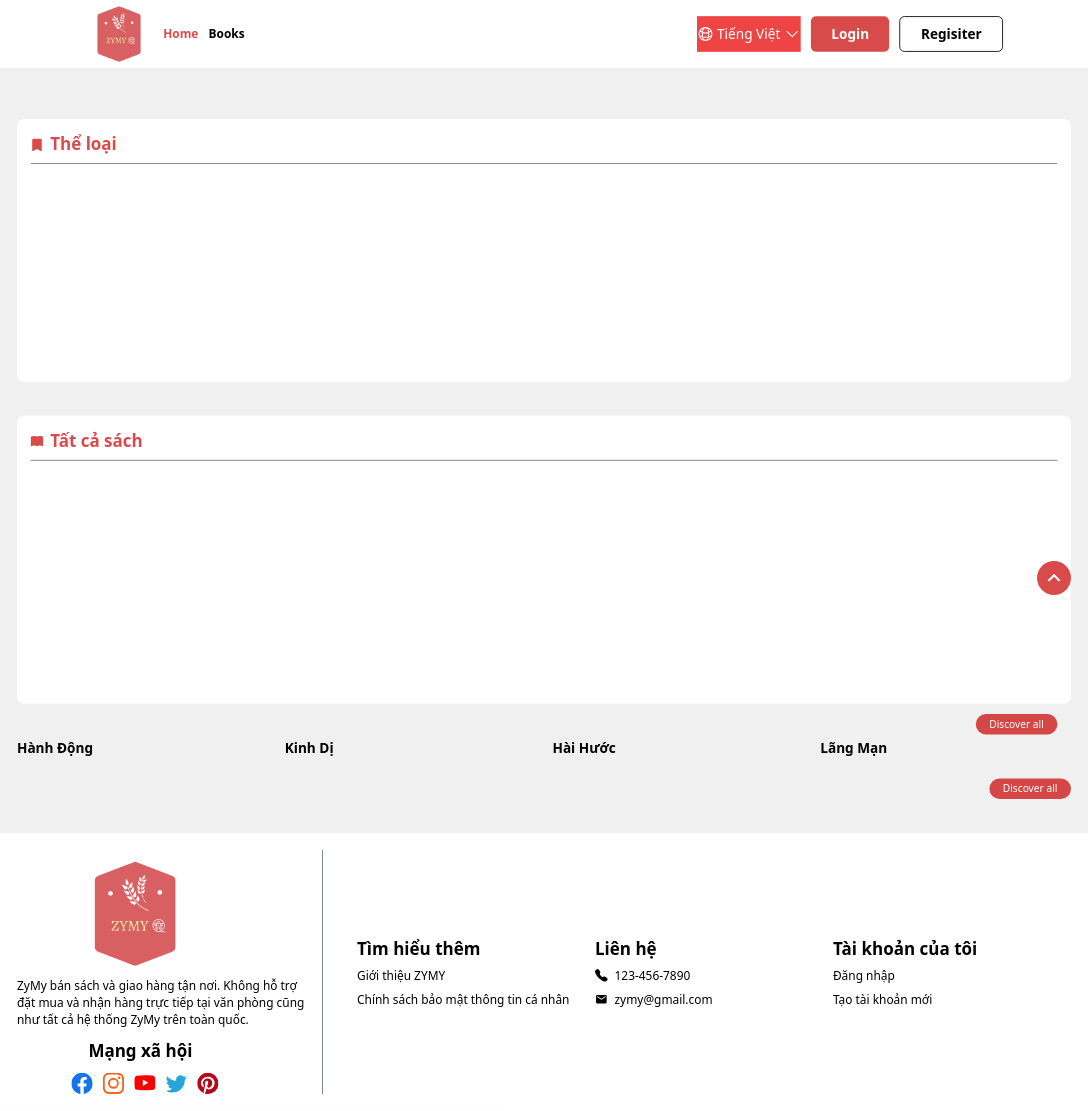
Repository: NguyenDinhThuyVy/website_selling_books
Page: / (app in FrontEnd/)
An editor plug-in stored every save of this project. The page is shown before and after the next save, followed by the edit.
The browser window is 1280 px wide. The pictures show the whole page, at 85% of full size.
The page's requests for data from a server got no answer. The project was rebuilt for these pictures with package versions that can differ from the ones it lists, and the page was loaded fresh each time. Some packages were replaced by stand-ins written for this rebuild. The framework's server and built-in components were replaced by stand-ins that run in the browser. No one was signed in, and anything a server would have sent is missing. Also part of the build but not shown: FrontEnd/next.config.js, FrontEnd/src/components/InforLogin/styles.scss, FrontEnd/src/components/InforLogin/index.jsx, FrontEnd/src/app/(default)/(public)/home/components/CategoryColumn/CategoryColumnContent/index.jsx, FrontEnd/src/styles/CategoryItem.scss, FrontEnd/src/app/(default)/(public)/home/components/CategoryItem/index.jsx, FrontEnd/src/app/(default)/(public)/home/components/BannerItem/index.jsx, FrontEnd/src/styles/BookItem.scss and 1 more.

Above is the page before, as saved 2023-12-29 15:15:01.

### FrontEnd/src/app/layout.jsx
'use client';

import classNames from 'classnames';
import { Inter, Montserrat } from 'next/font/google';
import Script from 'next/script';

import './globals.css';
import 'react-toastify/dist/ReactToastify.css';
import 'swiper/scss/scrollbar';
import 'swiper/scss/pagination';
import 'swiper/css/navigation';
import 'swiper/scss';
import '../../node_modules/nprogress/nprogress.css';
import 'sweetalert2/src/sweetalert2.scss';
import { ToastContainer } from 'react-toastify';
import { Provider } from 'react-redux';
import store from '@/redux/store';
import Backtop from '@/components/Backtop';

const inter = Inter({
  subsets: ['latin'],
  variable: '--font-inter',
});

const montserrat = Montserrat({
  subsets: ['latin'],
  variable: '--font-montserrat',
});

export default function RootLayout({ children }) {
  return (
    <html lang="en">
      <head>
        {/* <Script>
          {typeof window !== 'undefined' &&
            (function (w, d, s, l, i) {
              w[l] = w[l] || [];
              w[l].push({ 'gtm.start': new Date().getTime(), event: 'gtm.js' });
              var f = d.getElementsByTagName(s)[0],
                j = d.createElement(s),
                dl = l != 'dataLayer' ? '&l=' + l : '';
              j.async = true;
              j.src = 'https://www.googletagmanager.com/gtm.js?id=' + i + dl;
              f.parentNode.insertBefore(j, f);
            })(window, document, 'script', 'dataLayer', 'GTM-WV3P6XBH')}
        </Script> */}
        <Script
          async
          src="https://www.googletagmanager.com/gtag/js?id=G-Y35FP8XXTL"
        ></Script>
        <Script
          id="clarity_script"
          strategy="afterInteractive"
          dangerouslySetInnerHTML={{
            __html: `
              window.dataLayer = window.dataLayer || [];
              function gtag(){dataLayer.push(arguments);}
              gtag('js', new Date());
              gtag('config', 'G-Y35FP8XXTL');
            `,
          }}
        />
      </head>
      <body
        className={classNames(
          inter.variable,
          montserrat.variable,
          'flex flex-col min-h-screen'
        )}
      >
        <Provider store={store}>{children}</Provider>
        <ToastContainer autoClose={1000} />
        <Backtop />
      </body>
    </html>
  );
}

### FrontEnd/src/app/page.jsx
import React from 'react';

const HomePage = React.lazy(() => import('./(default)/(public)/home'));

export default HomePage;

### FrontEnd/src/app/globals.css
@tailwind base;
@tailwind components;
@tailwind utilities;

@layer base {
  body {
    background-color: #f0f0f0;
  }
  .wrapper-content {
    max-width: 1340px;
    margin: 0 auto;
    padding: 0 20px;
  }
  .book-list .swiper,
  .category-list .swiper,
  .list-comment .swiper {
    height: 100%;
  }
  .button-next,
  .button-prev {
    position: relative;
    z-index: 20;
  }
  .book-list .swiper .swiper-pagination {
    transform: translateY(12px);
    z-index: 20;
  }
}

### FrontEnd/src/redux/store.jsx
import { configureStore } from '@reduxjs/toolkit';
import rootReducer from './reducers/index';

const store = configureStore({
  reducer: rootReducer,
  // Các tùy chọn khác như middleware có thể được thêm ở đây
});

export default store;

### FrontEnd/src/components/Backtop/index.jsx
import Link from 'next/link';
import React from 'react';
import { MdOutlineKeyboardArrowUp } from 'react-icons/md';

const Backtop = () => {
  return (
    <span className="fixed bottom-5 right-5 rounded-full z-30 w-10 h-10 backtop bg-[#ce1515c4] flex items-center justify-center hover:bg-opacity-70 transition-all">
      <Link href="#" className="flex items-center justify-center w-full h-full">
        <MdOutlineKeyboardArrowUp size="30px" color="white" />
      </Link>
    </span>
  );
};

export default Backtop;

### FrontEnd/src/redux/reducers/index.jsx
import { combineReducers } from '@reduxjs/toolkit';
import menuReducer from './menuReducer';
import formAddReducer from './formAddReducer';
import globalReducer from './globalReducer';
import updateInforReducer from './updateInforReducer';

const rootReducer = combineReducers({
  menu: menuReducer,
  form: formAddReducer,
  darkMode: globalReducer,
  updateInfor: updateInforReducer,
  // Thêm các reducer khác ở đây
});

export default rootReducer;

### FrontEnd/src/components/Heading/index.jsx
const Heading = ({ children }) => {
  return (
    <div className="text-xl font-semibold text-[#ce1515c4]">{children}</div>
  );
};

export default Heading;

### FrontEnd/src/components/layout/Header/index.jsx
'use client';

import Link from 'next/link';
import routes from '@/constant/routes';
import Button from '@/components/Button';
import { usePathname } from 'next/navigation';
import { useEffect } from 'react';
import { useState } from 'react';
import Image from 'next/image';
import logo from '../../../assets/logo.png';
import InforLogin from '@/components/InforLogin';
import Popover from '@/components/Popover';

export default function Header() {
  const pathname = usePathname();
  const [auth, setAuth] = useState(null);
  useEffect(() => {
    const auth = sessionStorage.getItem('auth');
    if (auth) {
      setAuth(JSON.parse(auth));
    }
  }, []);
  return (
    <header className="flex items-center gap-x-3 px-[100px] bg-white">
      <div className="w-[80px] h-[80px]">
        <Link href={routes.HOME}>
          <Image src={logo} alt="" className="object-cover w-full h-full" />
        </Link>
      </div>
      <div className="flex items-center gap-x-3">
        <Link
          href={routes.HOME}
          className={
            pathname === routes.HOME
              ? 'text-[#ce1515c4] font-semibold text-sm'
              : 'text-sm font-semibold'
          }
        >
          Home
        </Link>
        <Link
          href={routes.ALLBOOK}
          className={
            pathname === routes.ALLBOOK
              ? 'text-[#ce1515c4] font-semibold text-sm'
              : 'text-sm font-semibold'
          }
        >
          Books
        </Link>
      </div>
      <div className="flex ml-auto gap-x-3">
        {auth ? (
          <>
            <Popover
              className="flex items-center py-1 hover:text-gray-300 cursor-pointer bg-red-300 z-40"
              renderPopover={
                <div className="bg-white relative shadow-md rounded-sm border border-gray-200 z-40">
                  <div className="flex flex-col py-2 pr-28 pl-3">
                    <button className="py-2 px-3 hover:text-orange">
                      Tiếng Việt
                    </button>
                    <button className="py-2 px-3 hover:text-orange mt-2">
                      English
                    </button>
                  </div>
                </div>
              }
            >
              {' '}
              <svg
                xmlns="http://www.w3.org/2000/svg"
                fill="none"
                viewBox="0 0 24 24"
                strokeWidth={1.5}
                stroke="currentColor"
                className="w-5 h-5"
              >
                <path
                  strokeLinecap="round"
                  strokeLinejoin="round"
                  d="M12 21a9.004 9.004 0 008.716-6.747M12 21a9.004 9.004 0 01-8.716-6.747M12 21c2.485 0 4.5-4.03 4.5-9S14.485 3 12 3m0 18c-2.485 0-4.5-4.03-4.5-9S9.515 3 12 3m0 0a8.997 8.997 0 017.843 4.582M12 3a8.997 8.997 0 00-7.843 4.582m15.686 0A11.953 11.953 0 0112 10.5c-2.998 0-5.74-1.1-7.843-2.918m15.686 0A8.959 8.959 0 0121 12c0 .778-.099 1.533-.284 2.253m0 0A17.919 17.919 0 0112 16.5c-3.162 0-6.133-.815-8.716-2.247m0 0A9.015 9.015 0 013 12c0-1.605.42-3.113 1.157-4.418"
                />
              </svg>
              <span className="mx-1">Tiếng Việt</span>
              <svg
                xmlns="http://www.w3.org/2000/svg"
                fill="none"
                viewBox="0 0 24 24"
                strokeWidth={1.5}
                stroke="currentColor"
                className="w-5 h-5"
              >
                <path
                  strokeLinecap="round"
                  strokeLinejoin="round"
                  d="M19.5 8.25l-7.5 7.5-7.5-7.5"
                />
              </svg>
            </Popover>
            <InforLogin />
          </>
        ) : (
          <>
            <Popover
              className="flex items-center py-1 hover:text-gray-300 cursor-pointer  z-40 bg-red-500 text-white font-medium "
              renderPopover={
                <div className="bg-red-300 relative shadow-md rounded-sm border border-gray-200 z-40">
                  <div className="flex flex-col py-2 pr-28 pl-3">
                    <button className="py-2 px-3 hover:text-orange">
                      Tiếng Việt
                    </button>
                    <button className="py-2 px-3 hover:text-orange mt-2">
                      English
                    </button>
                  </div>
                </div>
              }
            >
              {' '}
              <svg
                xmlns="http://www.w3.org/2000/svg"
                fill="none"
                viewBox="0 0 24 24"
                strokeWidth={1.5}
                stroke="currentColor"
                className="w-5 h-5"
              >
                <path
                  strokeLinecap="round"
                  strokeLinejoin="round"
                  d="M12 21a9.004 9.004 0 008.716-6.747M12 21a9.004 9.004 0 01-8.716-6.747M12 21c2.485 0 4.5-4.03 4.5-9S14.485 3 12 3m0 18c-2.485 0-4.5-4.03-4.5-9S9.515 3 12 3m0 0a8.997 8.997 0 017.843 4.582M12 3a8.997 8.997 0 00-7.843 4.582m15.686 0A11.953 11.953 0 0112 10.5c-2.998 0-5.74-1.1-7.843-2.918m15.686 0A8.959 8.959 0 0121 12c0 .778-.099 1.533-.284 2.253m0 0A17.919 17.919 0 0112 16.5c-3.162 0-6.133-.815-8.716-2.247m0 0A9.015 9.015 0 013 12c0-1.605.42-3.113 1.157-4.418"
                />
              </svg>
              <span className="mx-1">Tiếng Việt</span>
              <svg
                xmlns="http://www.w3.org/2000/svg"
                fill="none"
                viewBox="0 0 24 24"
                strokeWidth={1.5}
                stroke="currentColor"
                className="w-5 h-5"
              >
                <path
                  strokeLinecap="round"
                  strokeLinejoin="round"
                  d="M19.5 8.25l-7.5 7.5-7.5-7.5"
                />
              </svg>
            </Popover>

            <Button kind="primary" to={routes.LOGIN}>
              Login
            </Button>
            <Button kind="secondary" to={routes.REGISTER} isBorder={true}>
              Regisiter
            </Button>
          </>
        )}
      </div>
    </header>
  );
}

### FrontEnd/src/app/(default)/(public)/home/components/CategoryColumn/CategoryColumnHorror/index.jsx
'use client';

import React, { useState } from 'react';
import CategoryColumnContent from '../CategoryColumnContent';
import { getBookByCategory } from '@/services/bookService';
import { useEffect } from 'react';

const CategoryColumnHorror = () => {
  const [listBookHorror, setListBookHorror] = useState([]);
  const fetchBookByHorror = async () => {
    const res = await getBookByCategory('Horror');
    if (res && res?.data?.errCode === 0) {
      setListBookHorror(res?.data?.book);
    }
  };
  useEffect(() => {
    fetchBookByHorror();
  }, []);
  return (
    <>
      <h1 className="mb-3 font-semibold">Kinh Dị</h1>
      <div className="flex w-full gap-x-3">
        <div className="flex flex-col w-full bg-white rounded-lg">
          {listBookHorror?.length > 0 &&
            listBookHorror
              ?.slice(0, 5)
              ?.map((book, index) => (
                <CategoryColumnContent key={index} data={book} />
              ))}
        </div>
      </div>
    </>
  );
};

export default CategoryColumnHorror;

### FrontEnd/src/app/(default)/(public)/home/components/Category/index.jsx
'use client';

import CategoryItem from '../CategoryItem';
import { Swiper, SwiperSlide } from 'swiper/react';
import { Navigation, Pagination } from 'swiper';
import { useState } from 'react';
import { getAllCategory } from '@/services/categories';
import { useEffect } from 'react';

const Category = () => {
  const [listCategory, setListCategory] = useState([]);
  const fetchListCategory = async () => {
    const res = await getAllCategory();
    if (res && res?.data?.errCode === 0) {
      setListCategory(res?.data?.categories);
    }
  };
  useEffect(() => {
    fetchListCategory();
  }, []);
  return (
    <div className="mt-5 category-list h-[220px]">
      <Swiper
        modules={[Navigation, Pagination]}
        spaceBetween={20}
        slidesPerView={6}
        navigation
        grabCursor={'true'}
        pagination={{ clickable: true }}
      >
        {listCategory?.length > 0 &&
          listCategory?.map((category, index) => (
            <SwiperSlide key={index}>
              <CategoryItem category={category} imageFolder="/Image/" />
            </SwiperSlide>
          ))}
      </Swiper>
    </div>
  );
};

export default Category;

### FrontEnd/src/app/(default)/(public)/home/components/Banner/index.jsx
'use client';

import { useState } from 'react';
import BannerItem from '../BannerItem';
import { Navigation, Pagination, Scrollbar, A11y } from 'swiper';
import { Swiper, SwiperSlide } from 'swiper/react';
import { getAllBookWithPagination } from '@/services/bookService';
import { useEffect } from 'react';

const Banner = () => {
  const [listBook, setListBook] = useState([]);
  const fectchBannerBook = async () => {
    const res = await getAllBookWithPagination(1, 4);
    if (res && res?.data) {
      setListBook(res?.data?.books);
    }
  };
  useEffect(() => {
    fectchBannerBook();
  }, []);
  return (
    <div className="mt-5 cursor-pointer">
      <Swiper
        modules={[Navigation, Pagination, Scrollbar, A11y]}
        slidesPerView={1}
        pagination={{ clickable: true }}
      >
        {listBook?.length > 0 &&
          listBook?.slice(0, 4)?.map((book, index) => (
            <SwiperSlide key={index}>
              <BannerItem book={book}></BannerItem>
            </SwiperSlide>
          ))}
      </Swiper>
    </div>
  );
};

export default Banner;

### FrontEnd/src/app/(default)/(public)/home/components/CategoryColumn/CategoryColumnAction/index.jsx
'use client';

import React, { useEffect, useState } from 'react';
import CategoryColumnContent from '../CategoryColumnContent';
import { getBookByCategory } from '@/services/bookService';

const CategoryColumnAction = () => {
  const [listBookAction, setListBookAction] = useState([]);
  const fetchBookByAction = async () => {
    const res = await getBookByCategory('Action');
    if (res && res?.data?.errCode === 0) {
      setListBookAction(res?.data?.book);
    }
  };
  useEffect(() => {
    fetchBookByAction();
  }, []);
  return (
    <>
      <h1 className="mb-3 font-semibold">Hành Động</h1>
      <div className="flex w-full gap-x-3">
        <div className="flex flex-col w-full bg-white rounded-lg">
          {listBookAction?.length > 0 &&
            listBookAction
              ?.slice(0, 5)
              ?.map((book, index) => (
                <CategoryColumnContent key={index} data={book} />
              ))}
        </div>
      </div>
    </>
  );
};

export default CategoryColumnAction;

### FrontEnd/src/app/(default)/(public)/home/components/CategoryColumn/CategoryColumnRomance/index.jsx
'use client';

import React, { useEffect, useState } from 'react';
import CategoryColumnContent from '../CategoryColumnContent';
import { getBookByCategory } from '@/services/bookService';

const CategoryColumnRomance = () => {
  const [listBookRomance, setListBookRomance] = useState([]);
  const fetchBookByRomance = async () => {
    const res = await getBookByCategory('Romance');
    if (res && res?.data?.errCode === 0) {
      setListBookRomance(res?.data?.book);
    }
  };
  useEffect(() => {
    fetchBookByRomance();
  }, []);
  return (
    <>
      <h1 className="mb-3 font-semibold">Lãng Mạn</h1>
      <div className="flex w-full gap-x-3">
        <div className="flex flex-col w-full bg-white rounded-lg">
          {listBookRomance?.length > 0 &&
            listBookRomance
              ?.slice(0, 5)
              ?.map((book, index) => (
                <CategoryColumnContent key={index} data={book} />
              ))}
        </div>
      </div>
    </>
  );
};

export default CategoryColumnRomance;

### FrontEnd/src/app/(default)/(public)/home/components/CategoryColumn/CategoryComedy/index.jsx
'use client';

import React, { useEffect, useState } from 'react';
import CategoryColumnContent from '../CategoryColumnContent';
import { getBookByCategory } from '@/services/bookService';

const CategoryComedy = () => {
  const [listBookComedy, setBookListComedy] = useState([]);
  const fetchBookByComedy = async () => {
    const res = await getBookByCategory('Comedy');
    if (res && res?.data?.errCode === 0) {
      setBookListComedy(res?.data?.book);
    }
  };
  useEffect(() => {
    fetchBookByComedy();
  }, []);
  return (
    <>
      <h1 className="mb-3 font-semibold">Hài Hước</h1>
      <div className="flex w-full gap-x-3">
        <div className="flex flex-col w-full bg-white rounded-lg">
          {listBookComedy?.length > 0 &&
            listBookComedy
              ?.slice(0, 5)
              ?.map((book, index) => (
                <CategoryColumnContent key={index} data={book} />
              ))}
        </div>
      </div>
    </>
  );
};

export default CategoryComedy;

### FrontEnd/src/app/(default)/(public)/home/style/styled.scss
:root {
  --white: #fff;
  --bcg-detail-color: #f8f8f8;
  --bcg-add: #ce1515c4;
}
*::-moz-selection {
  background-color: var(--bcg-detail-color);
  color: var(--white);
}

*::selection {
  background-color: var(--bcg-add);
  color: var(--white);
}
::-webkit-scrollbar {
  height: 1px;
  width: 10px;
  border-radius: 50%;
}

::-webkit-scrollbar-track {
  background-color: transparent;
}

::-webkit-scrollbar-thumb {
  background-color: #77777758;
  border-radius: 20px;
}

### FrontEnd/src/redux/reducers/menuReducer.jsx
// reducers/counterSlice.ts
import { createSlice } from '@reduxjs/toolkit';

const initialState = {
  collapsed: false,
};
const menuSlice = createSlice({
  name: 'counter',
  initialState,
  reducers: {
    toggleMenu: (state) => {
      state.collapsed = !state.collapsed;
    },
  },
});

export const { toggleMenu } = menuSlice.actions;
export default menuSlice.reducer;

### FrontEnd/src/redux/reducers/globalReducer.jsx
import { createSlice } from '@reduxjs/toolkit';

const initialState = {
  darkMode: false,
};
const globalReducer = createSlice({
  name: 'global',
  initialState,
  reducers: {
    toggleDarkMode: (state, actions) => {
      return {
        ...state,
        darkMode: actions.payload,
      };
    },
  },
});

export const { toggleDarkMode } = globalReducer.actions;
export default globalReducer.reducer;

### FrontEnd/src/redux/reducers/updateInforReducer.jsx
import { createSlice } from '@reduxjs/toolkit';

const initialState = {
  isUpdate: false,
};
const updateInforReducer = createSlice({
  name: 'update',
  initialState,
  reducers: {
    updateReducer: (state) => {
      return {
        ...state,
        isUpdate: !state.isUpdate,
      };
    },
  },
});

export const { updateReducer } = updateInforReducer.actions;
export default updateInforReducer.reducer;

### FrontEnd/src/components/Button/index.jsx
'use client';
import React from 'react';
import { useRouter } from 'next/navigation';

const Button = ({
  type = 'submit',
  kind,
  children,
  to,
  isBorder = false,
  ...props
}) => {
  const router = useRouter();
  let bgcClassName = '';
  let colorText = '';
  switch (kind) {
    case 'primary':
      bgcClassName = 'bg-[#ce1515c4]';
      colorText = 'text-white';
      break;
    case 'secondary':
      bgcClassName = 'bg-white';
      colorText = 'text-black';
      break;
    default:
      break;
  }
  if (to) {
    return (
      <button
        type={type}
        className={`px-6 py-2 w-max text-base font-semibold cursor-pointer rounded-md hover:opacity-80 transition-all ${bgcClassName} ${colorText} ${
          isBorder ? 'border border-black' : ''
        }`}
        onClick={() => router.push(to)}
      >
        {children}
      </button>
    );
  }
  return (
    <button
      type={type}
      className={`px-6 py-2 w-max text-base font-semibold cursor-pointer rounded-md hover:opacity-80 transition-all ${bgcClassName} ${colorText} ${
        isBorder ? 'border border-black' : ''
      }`}
      {...props}
    >
      {children}
    </button>
  );
};

export default Button;

### FrontEnd/src/styles/SwiperButton.scss
.swiper-button-next,
.swiper-button-prev {
  width: 25px !important;
  height: 25px !important;
  background-color: #bc3232c4 !important;
  border-radius: 50%;
  z-index: 100 !important;
}
.swiper-button-next::after,
.swiper-button-prev::after {
  color: white;
  font-size: 10px !important;
  font-weight: 800;
}
.swiper-button-next::after {
  transform: translate(1px, 1px);
}
.swiper-button-prev::after {
  transform: translateY(1px);
}

Loaded but not shown: FrontEnd/src/utils/axiosCustomize.js (47 lines, source omitted); FrontEnd/src/services/bookService.js (42 lines, source omitted); FrontEnd/tailwind.config.js (33 lines, source omitted); FrontEnd/src/constant/routes.js (30 lines, source omitted); FrontEnd/src/services/categories.js (7 lines, source omitted); FrontEnd/src/components/layout/Footer/index.jsx (97 lines, source omitted); FrontEnd/src/app/(default)/(public)/home/index.jsx (66 lines, source omitted); FrontEnd/src/components/Popover/index.jsx (73 lines, source omitted); FrontEnd/src/components/BookList/index.jsx (53 lines, source omitted); FrontEnd/src/redux/reducers/formAddReducer.jsx (68 lines, source omitted)

After the next save:
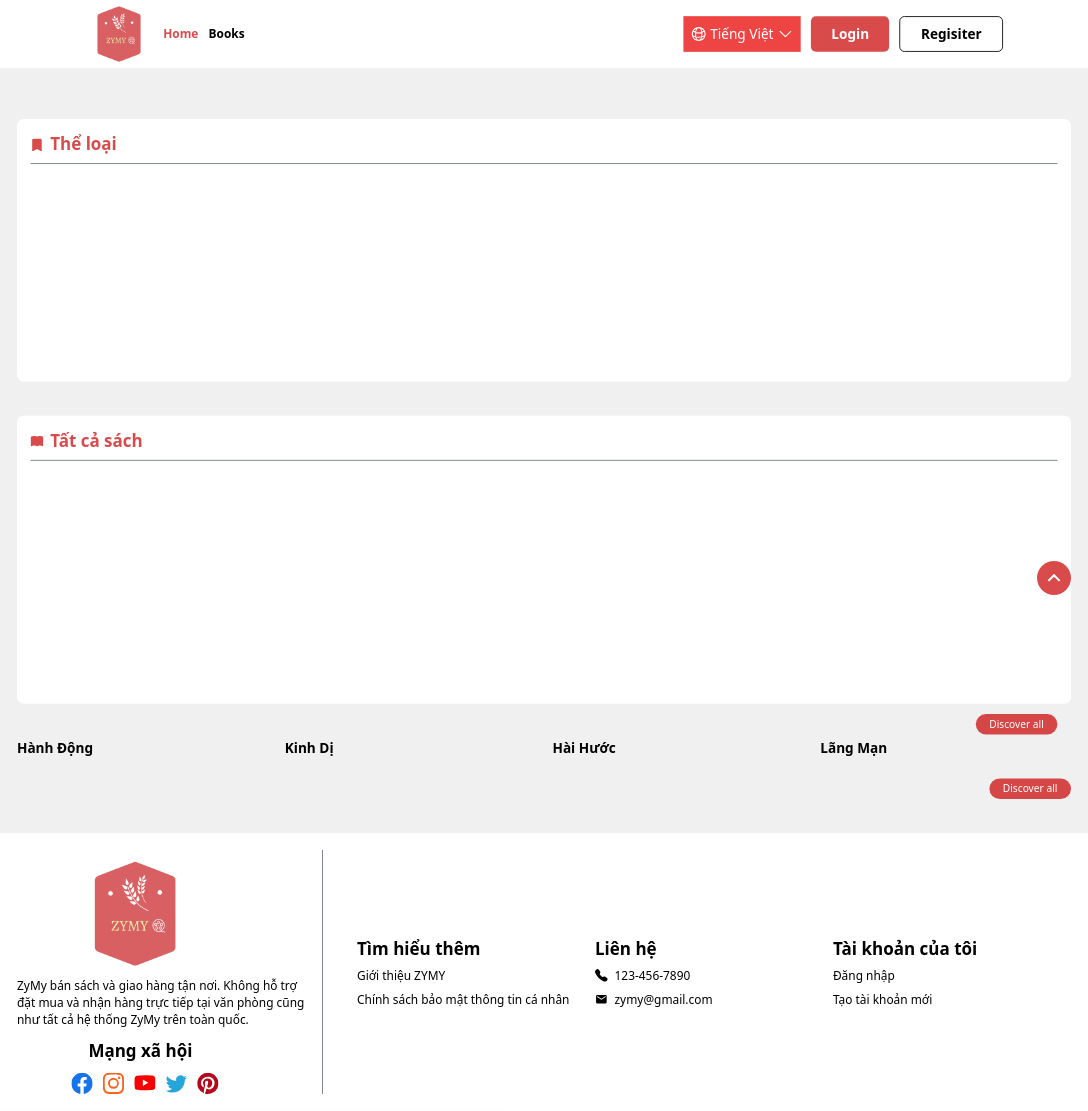
Saved 20 s later.
--- a/FrontEnd/src/components/layout/Header/index.jsx
+++ b/FrontEnd/src/components/layout/Header/index.jsx
@@ -103,7 +103,7 @@ export default function Header() {
         ) : (
           <>
             <Popover
-              className="flex items-center py-1 hover:text-gray-300 cursor-pointer  z-40 bg-red-500 text-white font-medium "
+              className="flex items-center py-1 hover:text-gray-300 cursor-pointer  z-40 bg-red-500 text-white font-medium px-2 "
               renderPopover={
                 <div className="bg-red-300 relative shadow-md rounded-sm border border-gray-200 z-40">
                   <div className="flex flex-col py-2 pr-28 pl-3">
